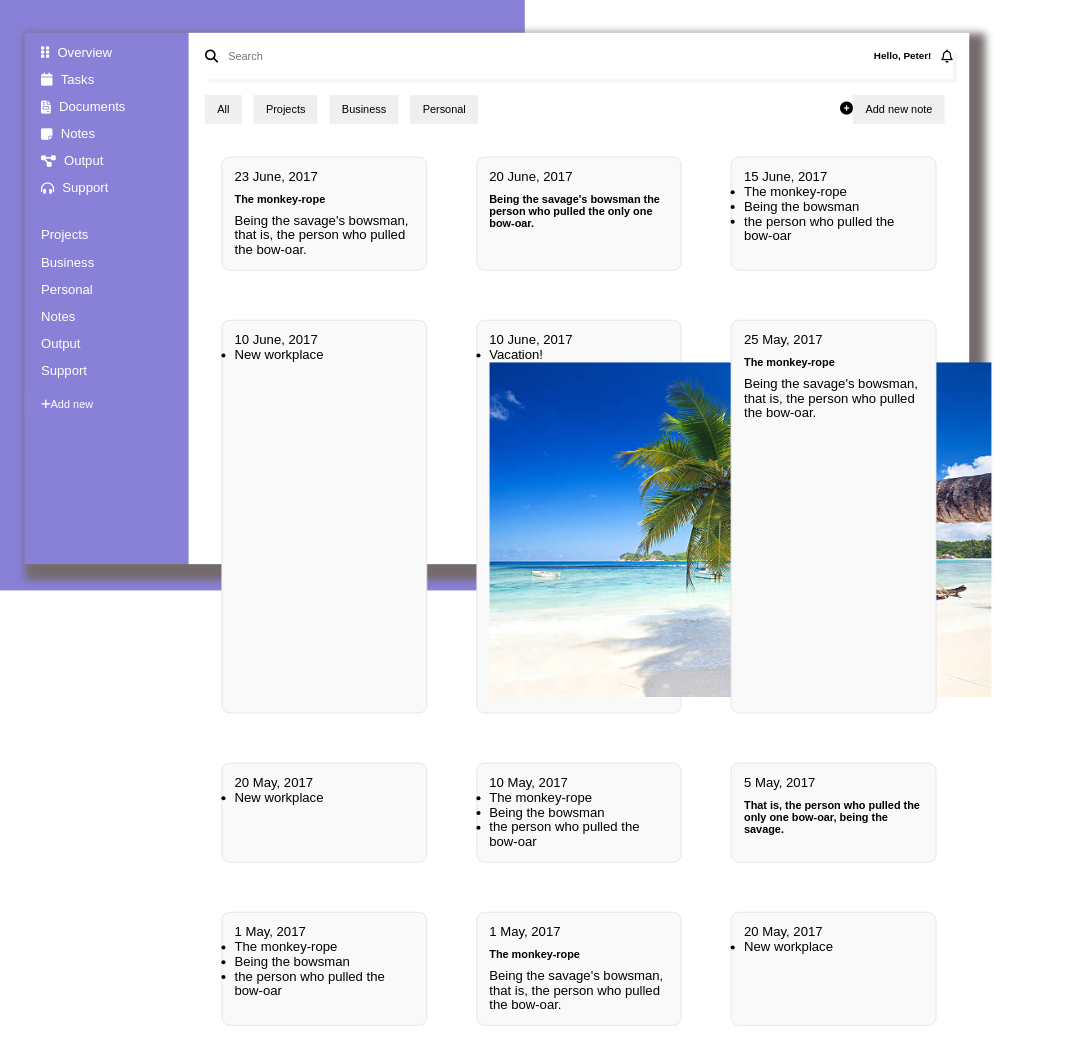
Repository: SatenikGabrielyan/HTML_CSS-_Assignment
Page: index.html
The author's editor kept a copy of each file at every save. The page is drawn from the files as they stood at one save, then again after the next save.
The browser window is 1280 px wide. The page is 1280 px wide, then 1317 px, so the pictures cover 1317 px, including what lies to the right of the window. The pictures show the whole page, at 82% of full size.
Some web libraries are served in a nearby version.

Above is the page before, as saved 2025-03-18 00:53:58.

After the next save:
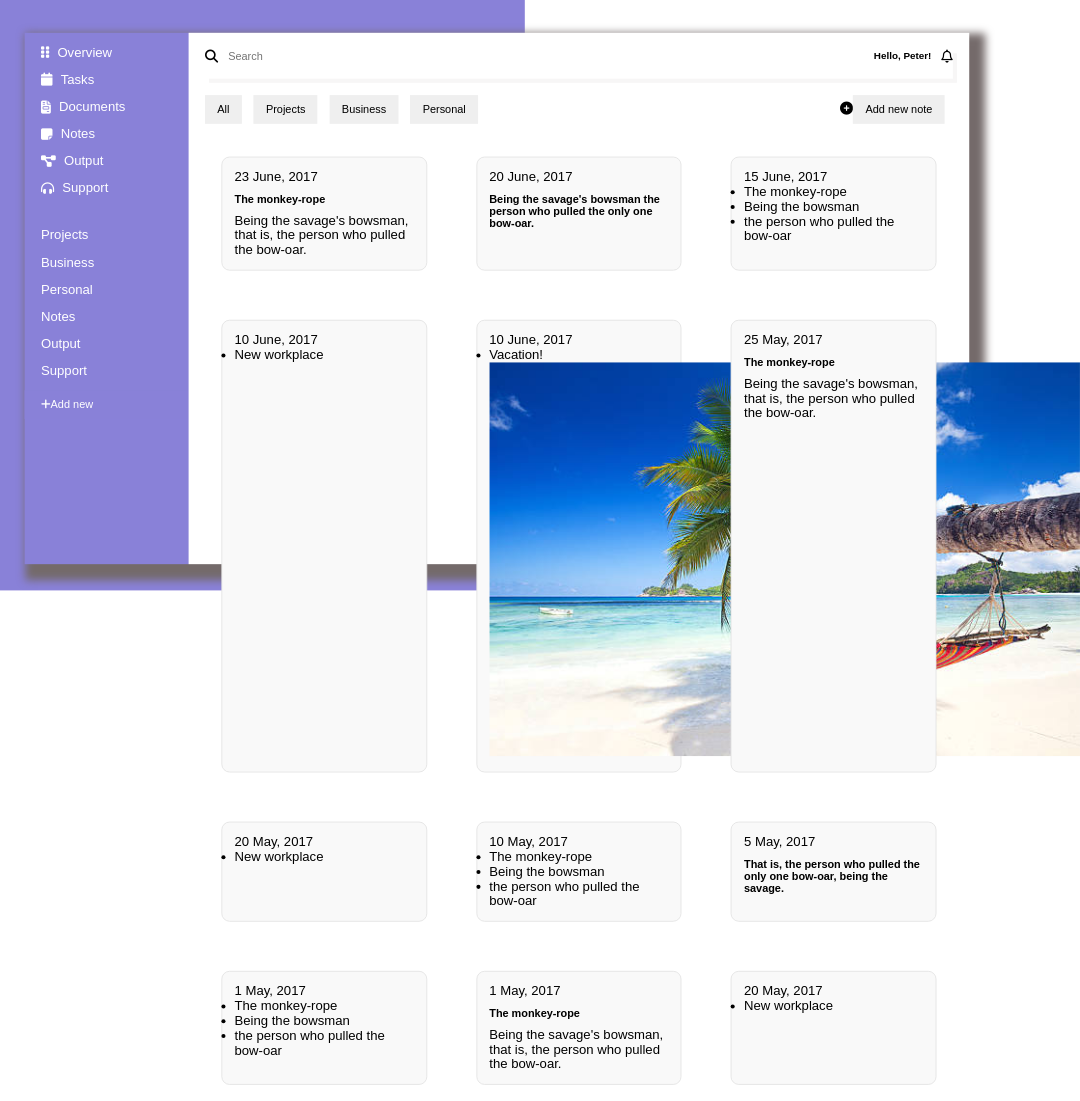
Saved 15 s later.
--- a/style.css
+++ b/style.css
@@ -336,7 +336,7 @@
 
 }
 .imag {
-width: ;
+width: 100vh;
 }
 .note-card h4 {
     margin: 0;
